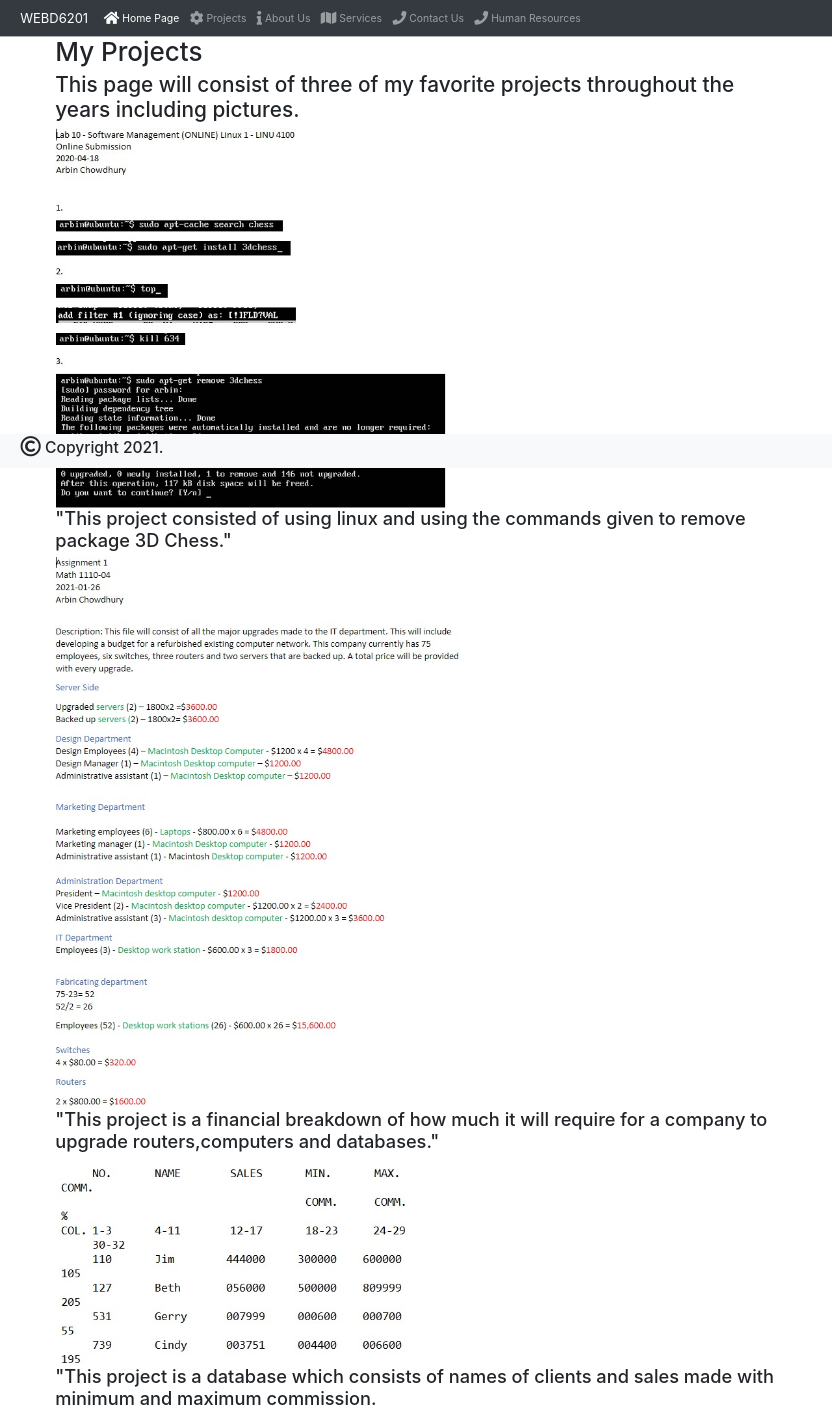
Repository: arbin6ix/ICE-2
Page: projects.html
An editor plug-in stored every save of this project. The page is shown before and after the next save, followed by the edit.
The browser window is 1280 px wide. The pictures show the whole page, at 65% of full size.

Above is the page before, as saved 2021-02-05 22:32:42.

After the next save:
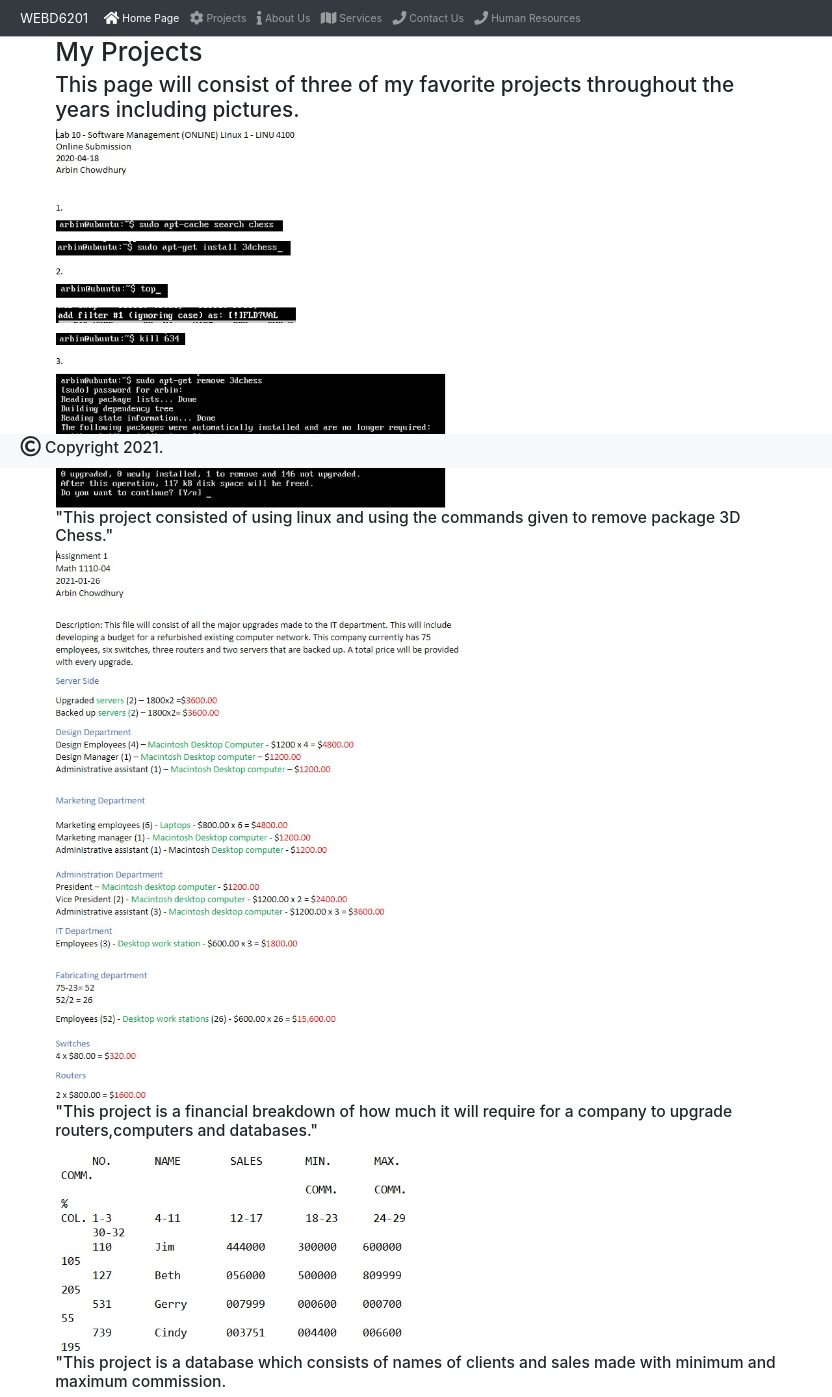
Saved 27 s later.
--- a/projects.html
+++ b/projects.html
@@ -55,11 +55,11 @@
         <h1>My Projects</h1>
         <h2>This page will consist of three of my favorite projects throughout the years including pictures.</h2>
         <img src="images/project1.jpg">
-        <h3>"This project consisted of using linux and using the commands given to remove package 3D Chess."</h3>
+        <h4>"This project consisted of using linux and using the commands given to remove package 3D Chess."</h3>
         <img src="images/Project2.jpg">
-        <h3>"This project is a financial breakdown of how much it will require for a company to upgrade routers,computers and databases."</h3>
+        <h4>"This project is a financial breakdown of how much it will require for a company to upgrade routers,computers and databases."</h3>
         <img src="images/Project3.jpg">
-        <h3>"This project is a database which consists of names of clients and sales made with minimum and maximum commission.</h3>
+        <h4>"This project is a database which consists of names of clients and sales made with minimum and maximum commission.</h3>
     </main>
 
 
